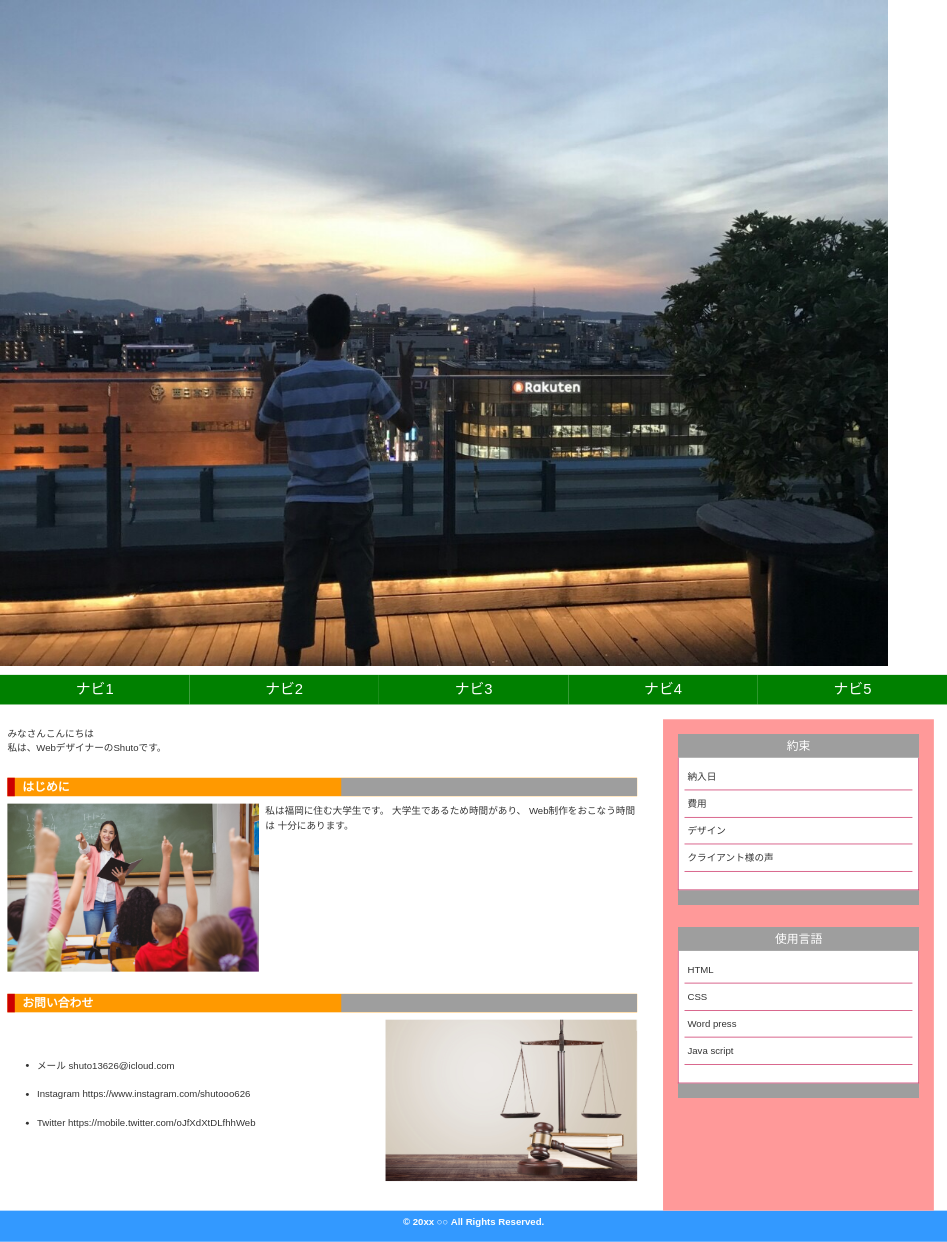
Repository: shuto-nakayama/samurai_HTML-CSS
Page: index7.html
The author's editor kept a record of every edit. The page is drawn from the files as they stood at one moment, then again after the next edit.
The browser window is 1280 px wide. The pictures show the whole page, at 74% of full size.
Pictures or frames that could not be fetched are drawn as grey boxes.

Above is the page before.

After the next edit:
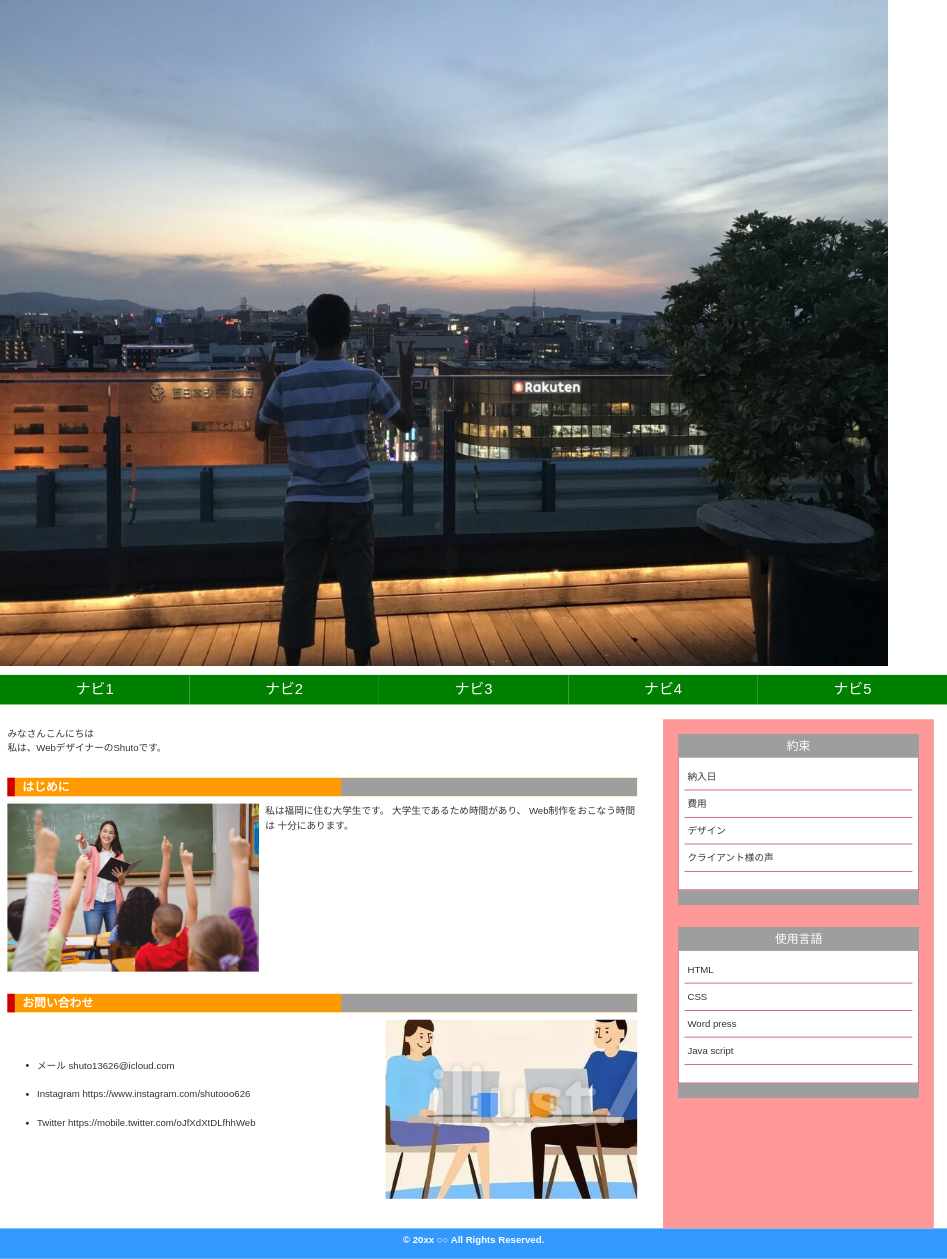
The edit:
--- a/index7.html
+++ b/index7.html
@@ -37,7 +37,7 @@
                     </div>
                     <div class="post clearfix">
                         <h2>お問い合わせ</h2>
-                        <img class="right" src="images/scale.jpg" alt="天秤" />
+                        <img class="right" src="images/pasokonn.jpeg" alt="pasokonn" />
                         <p>
                         　<ul>
                         　   <li>メール shuto13626@icloud.com</li>
